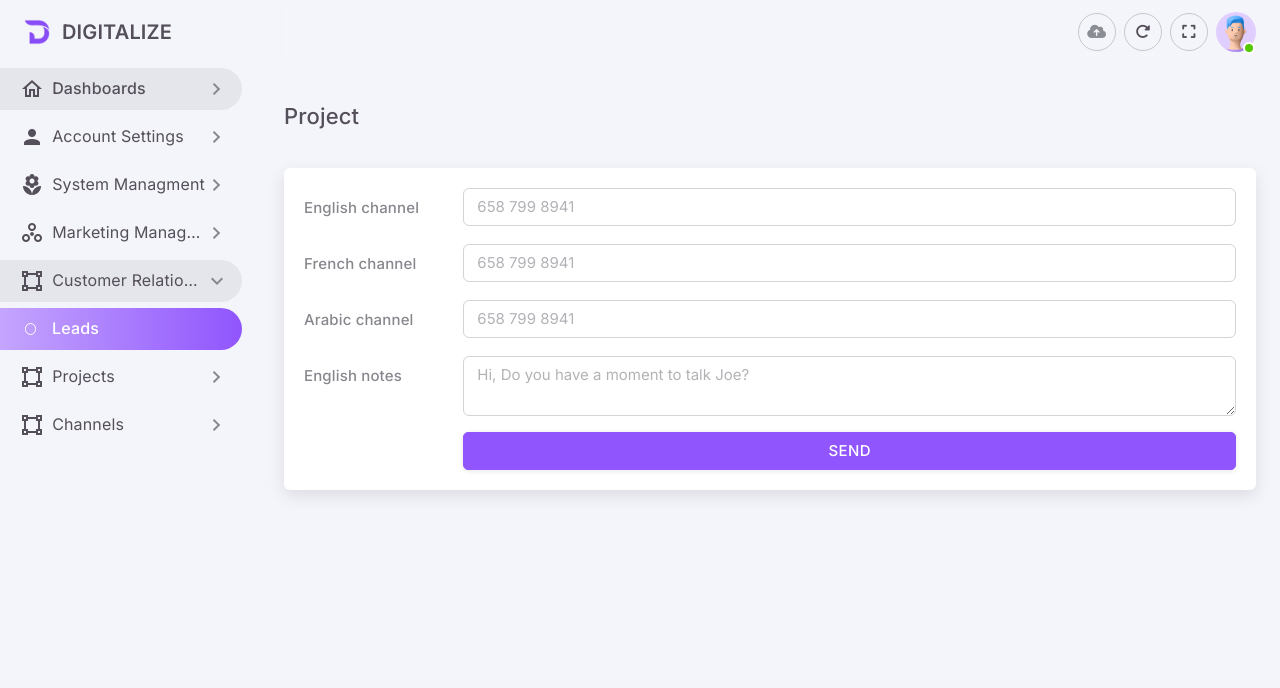
Repository: FadyFathey/sales-crm
Page: html/add-channel.html
An editor plug-in stored every save of this project. The page is shown before and after the next save, followed by the edit.
The browser window is 1280 px wide. The pictures show the whole page.
Some icons come from a web library that is not loaded, so they are not drawn. Some web libraries are served in a nearby version.

Above is the page before, as saved 2024-10-10 13:54:14.
Console error: ReferenceError: d3 is not defined

After the next save:
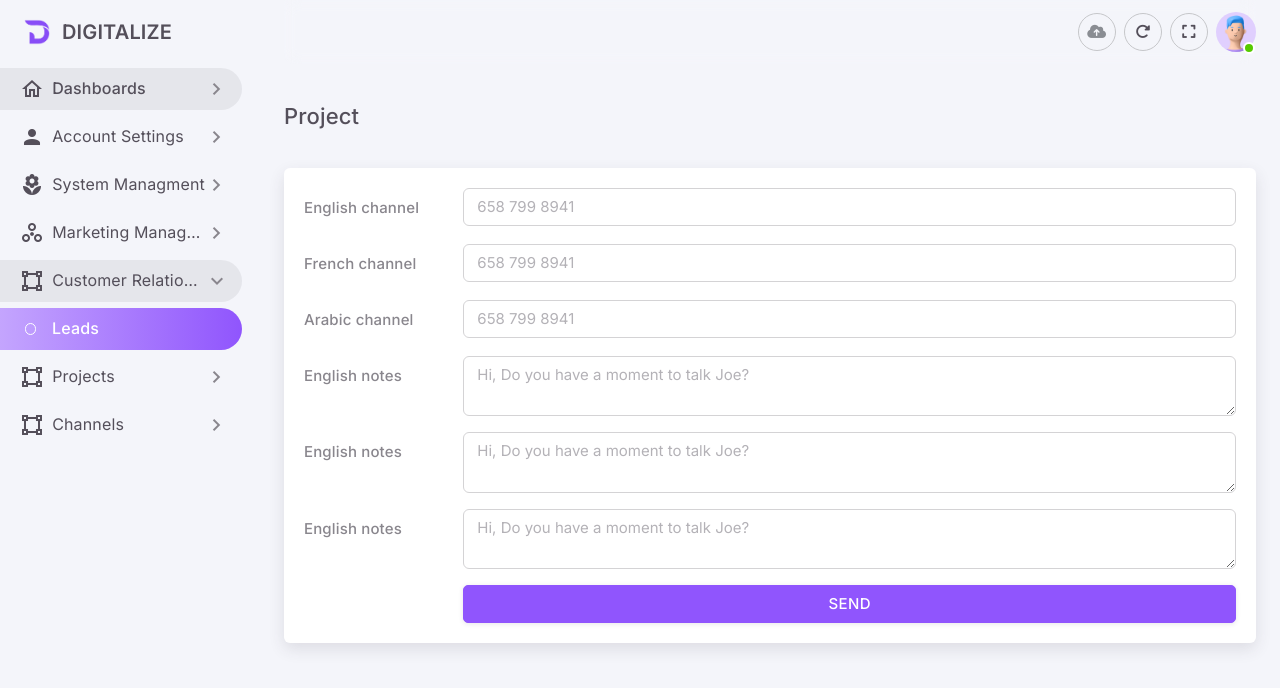
Saved 6 s later.
--- a/html/add-channel.html
+++ b/html/add-channel.html
@@ -378,6 +378,26 @@
                                                         aria-describedby="basic-icon-default-message2"></textarea>
                                                 </div>
                                             </div>
+                                            <div class="row mb-3">
+                                                <label class="col-sm-2 col-form-label"
+                                                    for="basic-default-message">English notes</label>
+                                                <div class="col-sm-10">
+                                                    <textarea id="basic-default-message" class="form-control"
+                                                        placeholder="Hi, Do you have a moment to talk Joe?"
+                                                        aria-label="Hi, Do you have a moment to talk Joe?"
+                                                        aria-describedby="basic-icon-default-message2"></textarea>
+                                                </div>
+                                            </div>
+                                            <div class="row mb-3">
+                                                <label class="col-sm-2 col-form-label"
+                                                    for="basic-default-message">English notes</label>
+                                                <div class="col-sm-10">
+                                                    <textarea id="basic-default-message" class="form-control"
+                                                        placeholder="Hi, Do you have a moment to talk Joe?"
+                                                        aria-label="Hi, Do you have a moment to talk Joe?"
+                                                        aria-describedby="basic-icon-default-message2"></textarea>
+                                                </div>
+                                            </div>
 
                                             <div class="row justify-content-end ">
                                                 <div class="col-sm-10">
